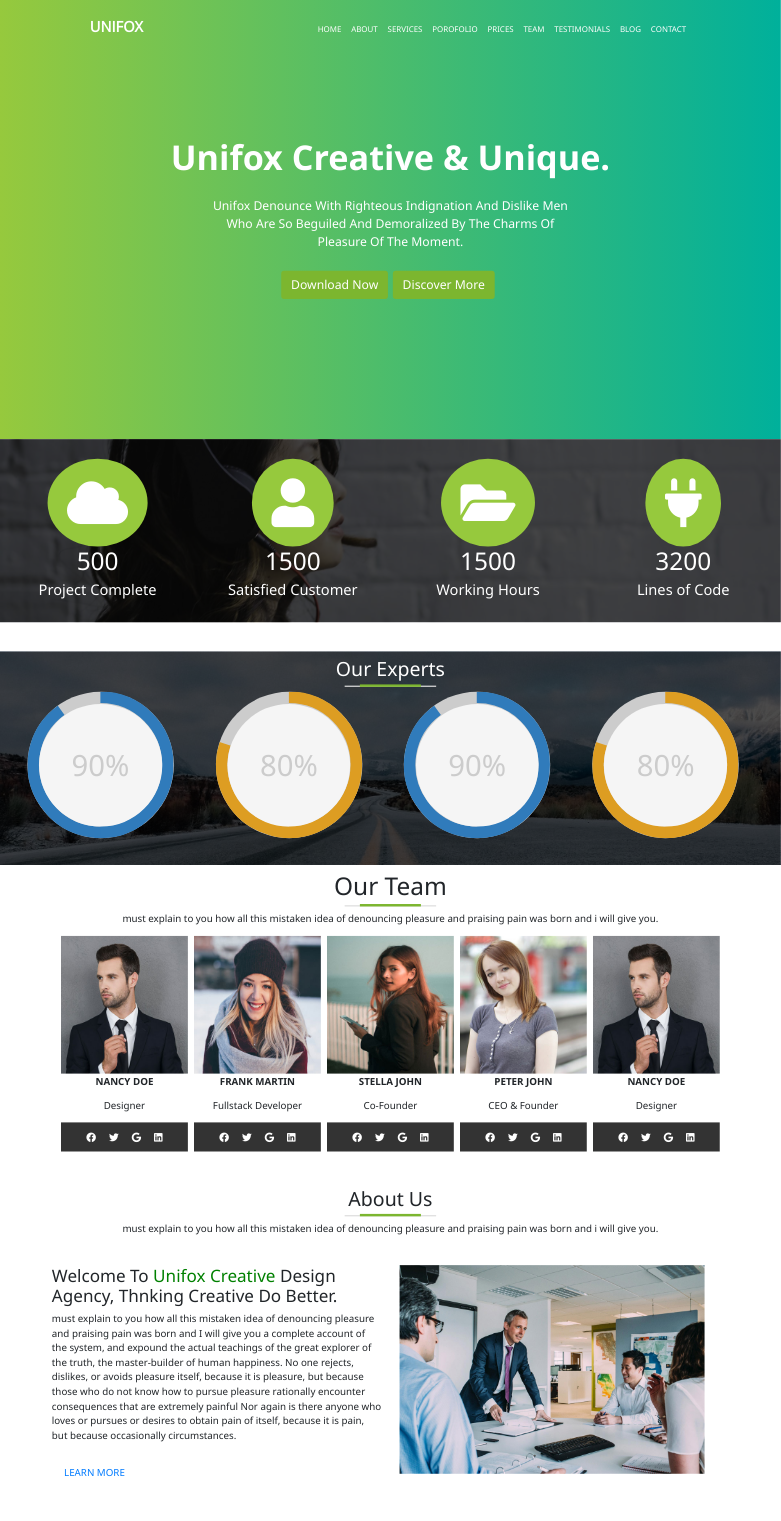
Repository: ibrkhalil/Uniforce-First-Attempt
Page: index.html
These files come from the project's save history. The page is drawn as it stood at one moment and after a run of saves; the edit follows.
The browser window is 1280 px wide. The pictures show the whole page, at 61% of full size.
Backgrounds fixed to the window are drawn as part of the page.

Above is the page before, as saved 2021-01-24 02:33:18.

### index.html
<!DOCTYPE html>
<html lang="en">
  <head>
    <meta charset="UTF-8" />
    <link rel="stylesheet" href="./bootstrap.min.css" />
    <link rel="stylesheet" href="owl.carousel.css" />
    <link rel="preconnect" href="https://fonts.gstatic.com" />
    <link rel="stylesheet" href="./jquery-ui.css" />
    <link
      rel="stylesheet"
      href="https://use.fontawesome.com/releases/v5.15.2/css/all.css"
      integrity="sha384-vSIIfh2YWi9wW0r9iZe7RJPrKwp6bG+s9QZMoITbCckVJqGCCRhc+ccxNcdpHuYu"
      crossorigin="anonymous"
    />
    <link rel="stylesheet" href="./circle.css" />
    <link
      href="https://fonts.googleapis.com/css2?family=Open+Sans&display=swap"
      rel="stylesheet"
    />
    <link rel="stylesheet" href="style.css" />
    <meta name="viewport" content="width=device-width, initial-scale=1.0" />
    <title>Unifox</title>
  </head>

  <body>
    <div class="main-nav">
      <nav
        class="navbar navbar-expand-lg justify-content-around sticky-top navbar-fixed-top"
      >
        <!-- <div class="container"> -->
        <a class="navbar-brand" href="#"><h3 class="unifox">UNIFOX</h3></a>
        <button
          class="navbar-toggler"
          type="button"
          data-toggle="collapse"
          data-target="#navbarSupportedContent"
          aria-controls="navbarSupportedContent"
          aria-expanded="false"
          aria-label="Toggle navigation"
        >
          <span class="fa fa-bars fa-3x"></span>
        </button>
        <div class="">
          <div class="nav-items">
            <div class="collapse navbar-collapse" id="navbarSupportedContent">
              <ul class="navbar-nav mr-auto">
                <li class="item">
                  <a class="nav-link active" href="#">HOME</a>
                </li>
                <li class="nav-item"><a class="nav-link" href="#">ABOUT</a></li>
                <li class="nav-item">
                  <a class="nav-link" href="#">SERVICES</a>
                </li>
                <li class="nav-item">
                  <a class="nav-link" href="#">POROFOLIO</a>
                </li>
                <li class="nav-link"><a href="#">PRICES</a></li>
                <li class="nav-link"><a href="#">TEAM</a></li>
                <li class="nav-link"><a href="#">TESTIMONIALS</a></li>
                <li class="nav-link"><a href="#">BLOG</a></li>
                <li class="nav-link"><a href="#">CONTACT</a></li>
              </ul>
            </div>
          </div>
        </div>

        <!-- </div> -->
      </nav>

      <!-- nav end -->

      <div class="jumbotron">
        <h1 class="display-4 jumbo-main-text">
          <strong>Unifox Creative & Unique.</strong>
        </h1>
        <p class="lead jumbo-subtext">
          Unifox Denounce With Righteous Indignation And Dislike Men Who Are So
          Beguiled And Demoralized By The Charms Of Pleasure Of The Moment.
        </p>

        <div class="jumbo-btns">
          <p class="lead">
            <a class="btn jumbo-btn btn-primary btn-lg" href="#" role="button"
              >Download Now</a
            >
          </p>
          <p class="lead">
            <a class="btn jumbo-btn btn-primary btn-lg" href="#" role="button"
              >Discover More</a
            >
          </p>
        </div>
      </div>
      <!-- jumbotron end -->
      <!-- heading end -->
    </div>
    <div class="counting-number parallax">
      <div class="container-fluid">
        <div class="row">
          <div class="col-md-3">
            <i class="fa counting-icon fa-cloud fa-5x"></i>
            <h1 class="counter" data-count="500">0</h1>
            <h4>Project Complete</h4>
          </div>
          <div class="col-md-3">
            <i class="fa counting-icon fa-user fa-5x"></i>
            <h1 class="counter" data-count="1500">0</h1>
            <h4>Satisfied Customer</h4>
          </div>
          <div class="col-md-3">
            <i class="fa counting-icon fa-folder-open fa-5x"></i>
            <h1 class="counter" data-count="1500">0</h1>
            <h4>Working Hours</h4>
          </div>
          <div class="col-md-3">
            <i class="fa counting-icon fa-plug fa-5x"></i>
            <h1 class="counter" data-count="3200">0</h1>
            <h4>Lines of Code</h4>
          </div>
        </div>
      </div>
    </div>

    <br />
    <br />

    <!-- Counting number div -->
    <div class="our-experts-main">
      <h2 class="our-experts-word line">Our Experts</h2>

      <div class="our-experts">
        <div class="clearfix circular-icons">
          <div class="c100 p90 big blue">
            <span>90%</span>
            <div class="slice">
              <div class="bar"></div>
              <div class="fill"></div>
            </div>
          </div>
          <div class="c100 p80 big orange">
            <span>80%</span>
            <div class="slice">
              <div class="bar"></div>
              <div class="fill"></div>
            </div>
          </div>
          <div class="c100 p90 big blue">
            <span>90%</span>
            <div class="slice">
              <div class="bar"></div>
              <div class="fill"></div>
            </div>
          </div>

          <div class="c100 p80 big orange">
            <span>80%</span>
            <div class="slice">
              <div class="bar"></div>
              <div class="fill"></div>
            </div>
          </div>
        </div>
        <!-- /green -->

        <!-- orange -->
        <div class="clearfix"></div>
      </div>
    </div>

    <!-- experts end -->

    <div class="our-team">
      <div class="container">
        <div class="our-team-text">
          <h1 class="line">Our Team</h1>

          <p>
            must explain to you how all this mistaken idea of denouncing
            pleasure and praising pain was born and i will give you.
          </p>
        </div>
        <div class="top-content">
          <div class="container-fluid">
            <div class="owl-carousel owl-theme">
              <div class="item">
                <img
                  src="./images/1 (1).jpg"
                  class="img-fluid mx-auto d-block"
                  alt="img1"
                />
                <strong class="team-member-name">
                  <p>STELLA JOHN</p>
                </strong>
                <p>Co-Founder</p>
                <div class="social-media-icons" data-content="Link Hover">
                  <div
                    class="container d-flex justify-content-around align-items-center"
                  >
                    <i class="fab fa-facebook"></i>
                    <i class="fab fa-twitter"></i>
                    <i class="fab fa-google"></i>
                    <i class="fab fa-linkedin"></i>
                  </div>
                </div>
              </div>

              <div class="item">
                <img
                  src="./images/2 (1).jpg"
                  class="img-fluid mx-auto d-block"
                  alt="img2"
                />
                <strong class="team-member-name">
                  <p>PETER JOHN</p>
                </strong>
                <p>CEO & Founder</p>
                <div class="social-media-icons">
                  <div
                    class="container d-flex justify-content-around align-items-center"
                  >
                    <i class="fab fa-facebook"></i>
                    <i class="fab fa-twitter"></i>
                    <i class="fab fa-google"></i>
                    <i class="fab fa-linkedin"></i>
                  </div>
                </div>
              </div>

              <div class="item">
                <img
                  src="./images/3 (1).jpg"
                  class="img-fluid mx-auto d-block"
                  alt="img3"
                />
                <strong class="team-member-name">
                  <p>NANCY DOE</p>
                </strong>
                <p>Designer</p>
                <div class="social-media-icons">
                  <div
                    class="container d-flex justify-content-around align-items-center"
                  >
                    <i class="fab fa-facebook"></i>
                    <i class="fab fa-twitter"></i>
                    <i class="fab fa-google"></i>
                    <i class="fab fa-linkedin"></i>
                  </div>
                </div>
              </div>

              <div class="item">
                <img
                  src="./images/4.jpg"
                  class="img-fluid mx-auto d-block"
                  alt="img4"
                />
                <strong class="team-member-name">
                  <p>FRANK MARTIN</p>
                </strong>
                <p>Fullstack Developer</p>
                <div class="social-media-icons">
                  <div
                    class="container d-flex justify-content-around align-items-center"
                  >
                    <i class="fab fa-facebook"></i>
                    <i class="fab fa-twitter"></i>
                    <i class="fab fa-google"></i>
                    <i class="fab fa-linkedin"></i>
                  </div>
                </div>
              </div>
            </div>
          </div>
        </div>
      </div>
    </div>
        <section class="about-section my-5 green-bottom-border">
            <div class="container">
                <h2 class="line">About Us</h2>
                <p class="mb-5 aligny-center">must explain to you how all this mistaken idea of denouncing pleasure and praising pain was born and i will give you.</p>
                <div class="row">
                    <div class="col-md-6"><h3>Welcome To <span class="green-color">Unifox Creative</span> Design Agency, Thnking Creative Do Better.</h3><p>must explain to you how all this mistaken idea of denouncing pleasure and praising pain was born and I will give you a complete account of the system, and expound the actual teachings of the great explorer of the truth, the master-builder of human happiness. No one rejects, dislikes, or avoids pleasure itself, because it is pleasure, but because those who do not know how to pursue pleasure rationally encounter consequences that are extremely painful Nor again is there anyone who loves or pursues or desires to obtain pain of itself, because it is pain, but because occasionally circumstances.</p>
                    <a href="#" class="btn">LEARN MORE</a>
                    </div>
                    <div class="col-md-6">
                        <img src="./about-bg.jpg" src="about" width="500px">
                    </div>
                </div>
            </div>
            </section>

    <script src="./jquery.js"></script>
    <script src="./jquery-ui.js"></script>
    <script src="./owl.carousel.js"></script>
    <script src="./owl.autoplay.js"></script>
    <script src="./bootstrap.js"></script>
    <script src="./script.js"></script>
  </body>
</html>

### style.css
*{
    margin: 0;
    padding: 0;
}
body{
    font-family: 'Segoe UI', Tahoma, Geneva, Verdana, sans-serif;
}
.nav-items{
    display: flex;
    width: 100%;
    justify-content: space-between;
}

.main-nav h3{
    font-family: 'Open Sans', sans-serif;
    font-weight: bold;
    font-size: x-large;
}
.main-nav{
    transition: all 200ms;
    font-size: small;
    background: linear-gradient(to right, #96c93d, #00b09b);
    height: 100vh;
}
.main-nav a{
    text-decoration: none;
    color: white;
    border: none;
}
 .main-nav li, .main-nav h3 {
    margin-top: 1rem;
}
.circular-icons{
    display: flex;
    justify-content: space-between;
}
.jumbotron{
    text-align: center;
    margin-top: 5rem;
    color: white;
    background-color: transparent;
}
.jumbo-btn{
    background-color: #7CB62F;
}

.navbar-fixed-top a:hover{
    color: #3e3e3e;
}
.navbar-fixed-top.scrolled {
    width: 100vw;
    background-color: #fff !important;
    /* padding: 0.5rem 0; */
    /* transition: all 200ms ease; */

  }
/* .navbar-fixed-top.scrolled  a{
    color: black;

  } */
  .navbar-fixed-top.scrolled  a:hover{
    color: gray;

  }
.jumbo-btns{
    display: flex;
    justify-content: center;
}
.jumbo-subtext{

    margin: 2rem auto;
    width: 50%;
}
.jumbo-main-text{
font-weight: 400;
}
.jumbo-btns p{
   margin-right: 0.5rem;
}
.lead-btns a{
    display: flex;
    border: none;
}
.parallax {
    background-image: url("./fun_facts_bg.jpg");
    height: 300px;
    background-blend-mode: overlay;
    background-attachment: fixed;
    background-position: center;
    background-repeat: no-repeat;
    background-size: cover;
    background-color: rgba(0, 0, 0,0.7);
    color: white;
    text-align: center;
    display: flex;
    align-items: center;
  }
  .parallax img {
      height: 300px;
      object-fit: cover;
  }
  .counting-icon{
      padding: 2rem;
      background-color: #96c93d ;
      border-radius: 50%;
  }
.jumbo-btn:hover{
    transition: 1s;
    background-color: black;
}
.line{
    position: relative;
    text-align: center;
    padding: 10px 0;
}
.line::after , .line::before{
    content: "";
    width: 100px;
    height: 4px;
    position: absolute;
    background-color: #7CB62F;
    left: 50%;
    transform: translate(-50%,0);
    bottom: 0;
}
.line::before{
    height: 2px;
    background-color: #ddd;
    width: 150px;
}


.clearfix:before,.clearfix:after {content: " "; display: table;}
.clearfix:after {clear: both;}
.clearfix {*zoom: 1;}


.our-experts-main{
    background-image: url("./skill-bg.jpg");
    height: 350px;
    background-blend-mode: overlay;
    background-attachment: fixed;
    background-position: center;
    background-repeat: no-repeat;
    background-size: cover;
    background-color: rgba(0, 0, 0,0.7);
    color: white;
}
.our-experts-main:first-child{
    display: flex;
    justify-content: center;
}
.our-experts h2{
    display: block !important;
}
.our-team{
    text-align: center;
}
@media (min-width: 768px) and (max-width: 991px) {
    /* Show 4th slide on md if col-md-4*/
    .carousel-inner .active.col-md-4.carousel-item + .carousel-item + .carousel-item + .carousel-item {
        position: absolute;
        top: 0;
        right: -33.3333%;  /*change this with javascript in the future*/
        z-index: -1;
        display: block;
        visibility: visible;
    }
}
@media (min-width: 576px) and (max-width: 768px) {
    /* Show 3rd slide on sm if col-sm-6*/
    .carousel-inner .active.col-sm-6.carousel-item + .carousel-item + .carousel-item {
        position: absolute;
        top: 0;
        right: -50%;  /*change this with javascript in the future*/
        z-index: -1;
        display: block;
        visibility: visible;
    }
}
@media (min-width: 576px) {
    .carousel-item {
        margin-right: 0;
    }
    /* show 2 items */
    .carousel-inner .active + .carousel-item {
        display: block;
    }
    .carousel-inner .carousel-item.active:not(.carousel-item-right):not(.carousel-item-left),
    .carousel-inner .carousel-item.active:not(.carousel-item-right):not(.carousel-item-left) + .carousel-item {
        transition: none;
    }
    .carousel-inner .carousel-item-next {
        position: relative;
        transform: translate3d(0, 0, 0);
    }
    /* left or forward direction */
    .active.carousel-item-left + .carousel-item-next.carousel-item-left,
    .carousel-item-next.carousel-item-left + .carousel-item,
    .carousel-item-next.carousel-item-left + .carousel-item + .carousel-item {
        position: relative;
        transform: translate3d(-100%, 0, 0);
        visibility: visible;
    }
    /* farthest right hidden item must be also positioned for animations */
    .carousel-inner .carousel-item-prev.carousel-item-right {
        position: absolute;
        top: 0;
        left: 0;
        z-index: -1;
        display: block;
        visibility: visible;
    }
    /* right or prev direction */
    .active.carousel-item-right + .carousel-item-prev.carousel-item-right,
    .carousel-item-prev.carousel-item-right + .carousel-item,
    .carousel-item-prev.carousel-item-right + .carousel-item + .carousel-item {
        position: relative;
        transform: translate3d(100%, 0, 0);
        visibility: visible;
        display: block;
        visibility: visible;
    }
}
/* MD */
@media (min-width: 768px) {
    /* show 3rd of 3 item slide */
    .carousel-inner .active + .carousel-item + .carousel-item {
        display: block;
    }
    .carousel-inner .carousel-item.active:not(.carousel-item-right):not(.carousel-item-left) + .carousel-item + .carousel-item {
        transition: none;
    }
    .carousel-inner .carousel-item-next {
        position: relative;
        transform: translate3d(0, 0, 0);
    }
    /* left or forward direction */
    .carousel-item-next.carousel-item-left + .carousel-item + .carousel-item + .carousel-item {
        position: relative;
        transform: translate3d(-100%, 0, 0);
        visibility: visible;
    }
    /* right or prev direction */
    .carousel-item-prev.carousel-item-right + .carousel-item + .carousel-item + .carousel-item {
        position: relative;
        transform: translate3d(100%, 0, 0);
        visibility: visible;
        display: block;
        visibility: visible;
    }
}
/* LG */
@media (min-width: 991px) {
    /* show 4th item */
    .carousel-inner .active + .carousel-item + .carousel-item + .carousel-item {
        display: block;
    }
    .carousel-inner .carousel-item.active:not(.carousel-item-right):not(.carousel-item-left) + .carousel-item + .carousel-item + .carousel-item {
        transition: none;
    }
    /* Show 5th slide on lg if col-lg-3 */
    .carousel-inner .active.col-lg-3.carousel-item + .carousel-item + .carousel-item + .carousel-item + .carousel-item {
        position: absolute;
        top: 0;
        right: -25%;  /*change this with javascript in the future*/
        z-index: -1;
        display: block;
        visibility: visible;
    }
    /* left or forward direction */
    .carousel-item-next.carousel-item-left + .carousel-item + .carousel-item + .carousel-item + .carousel-item {
        position: relative;
        transform: translate3d(-100%, 0, 0);
        visibility: visible;
    }
    /* right or prev direction //t - previous slide direction last item animation fix */
    .carousel-item-prev.carousel-item-right + .carousel-item + .carousel-item + .carousel-item + .carousel-item {
        position: relative;
        transform: translate3d(100%, 0, 0);
        visibility: visible;
        display: block;
        visibility: visible;
    }
}
.social-media-icons{
    color: white;
    padding: 1rem;
    /* clip-path: polygon(0 0, 0 0, 0% 100%, 0 100%); */
    /* background-size: 100% 0;y/ */
    /* width: 100%; */
    background: red; /* default color */

    /* "to left" / "to right" - affects initial color */
    background: linear-gradient(to left, #333 50%, #7CB62F 50%) right;
    background-size: 200%;
    transition: 1s ease;
}
.social-media-icons:hover{
    background-position:left;
}
.social-media-icons i{
    cursor: pointer;
}
.aligny-center{
    text-align: center;
}
.green-color{
    color: green;
}
.about-section a{
    padding: 20px;
    border: none;
    background-color: ;

}
/* .social-media-icons::before{
    position: absolute; */
    /* content: attr(data-content); */
/* } */


.social-media-icons .fab:hover{
    transition: 1s;
    color: gold;
}
.carousel-item:nth-child(2){
    margin-bottom: 1rem;
}

@media screen and (max-width: 768px){
    /* .navbar-nav{ */
        .navbody{
        display: none;
        justify-content: center;
        width: 100vw;
        /* float: right; */
    }
}

Loaded but not shown: bootstrap.min.css (library); owl.carousel.css (library); jquery-ui.css (library); jquery.js (library); jquery-ui.js (library); owl.carousel.js (library); owl.autoplay.js (library); bootstrap.js (library); script.js (88 lines, source omitted); circle.css (879 lines, source omitted)

After the next 2 saves:
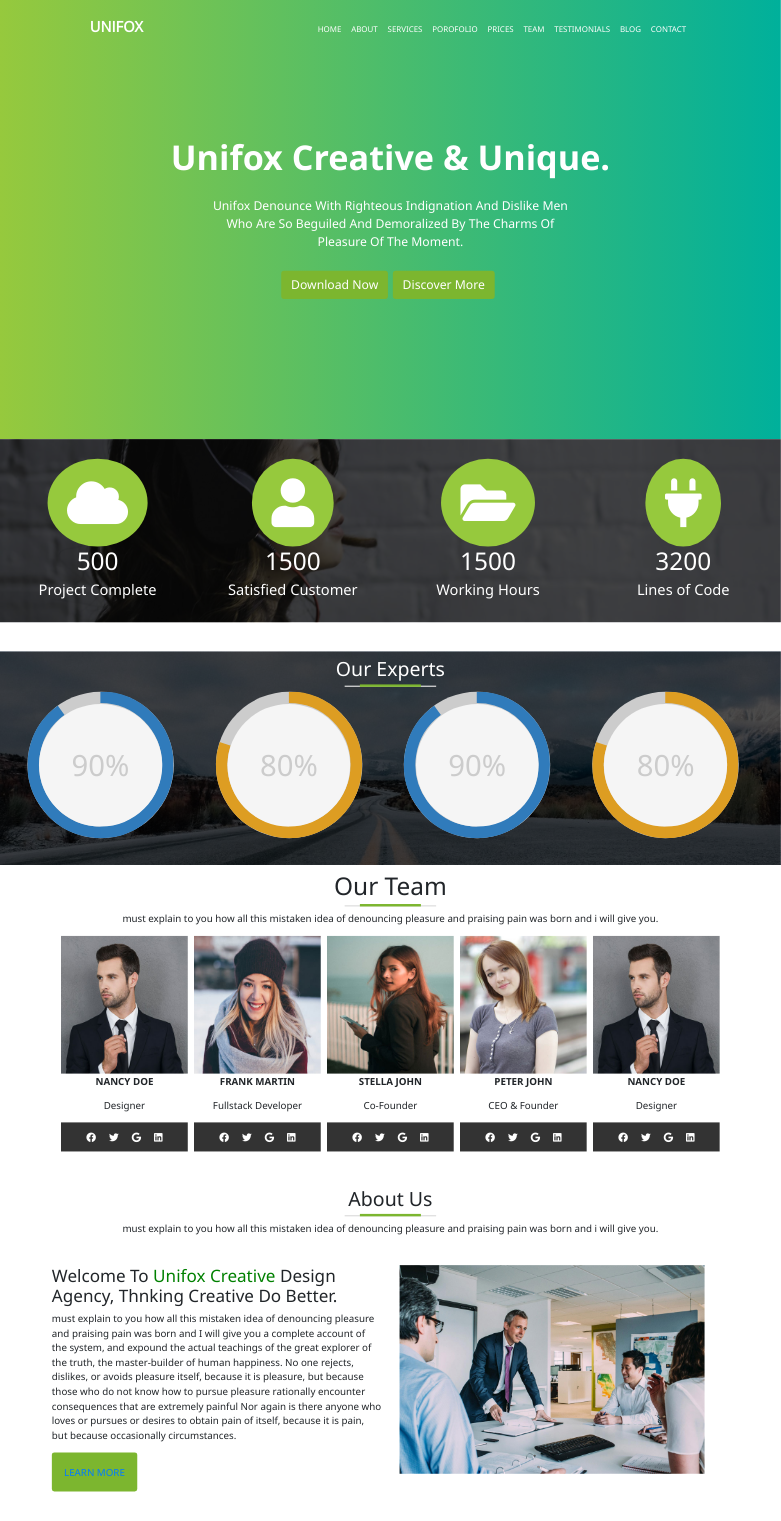
The 2 saves are shown as one change because they came seconds apart.
The last was saved 6 s later.
--- a/style.css
+++ b/style.css
@@ -311,7 +311,7 @@ font-weight: 400;
 .about-section a{
     padding: 20px;
     border: none;
-    background-color: ;
+    background-color: #7CB62F;
 
 }
 /* .social-media-icons::before{
